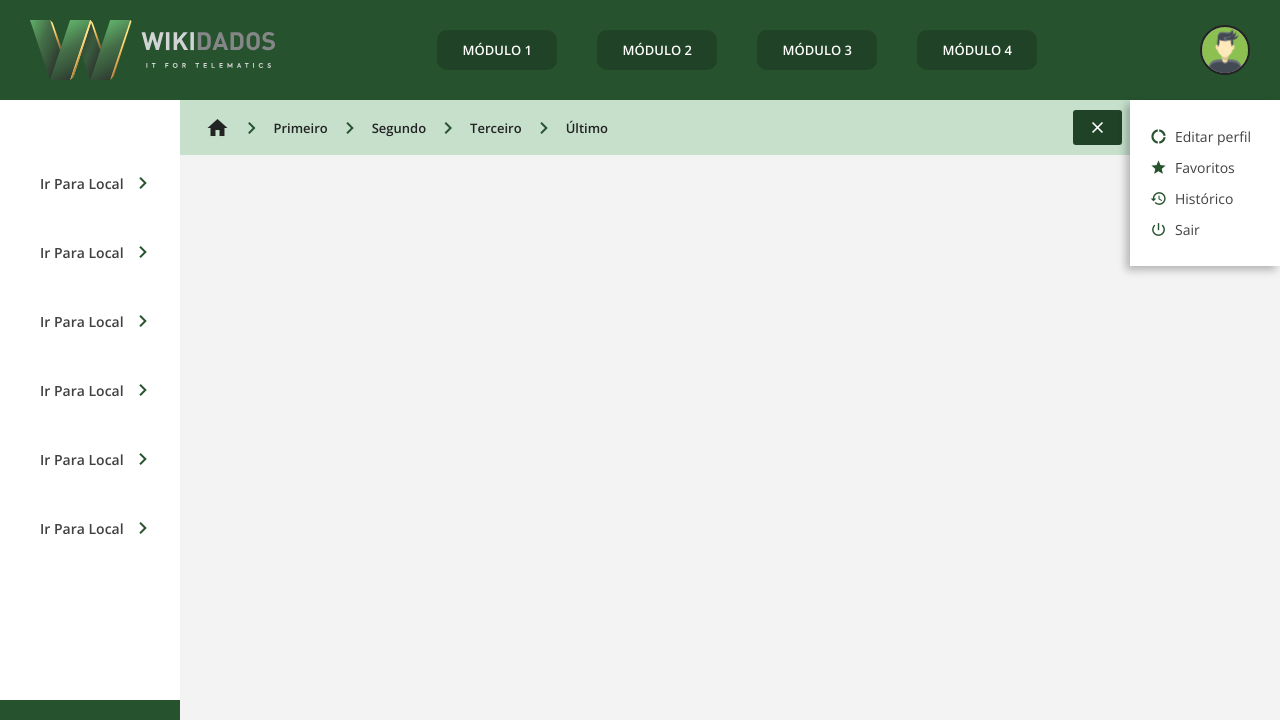
Repository: AlexDjon/alexdjon.github.io
Page: wiki-relayout/index.html
An editor plug-in stored every save of this project. The page is shown before and after a run of saves, followed by the edit.
The browser window is 1280 px wide. The pictures show the whole page.
After loading, the first visible `button.user` was clicked once.

Above is the page before, as saved 2020-08-12 16:01:15.

After the next 3 saves:
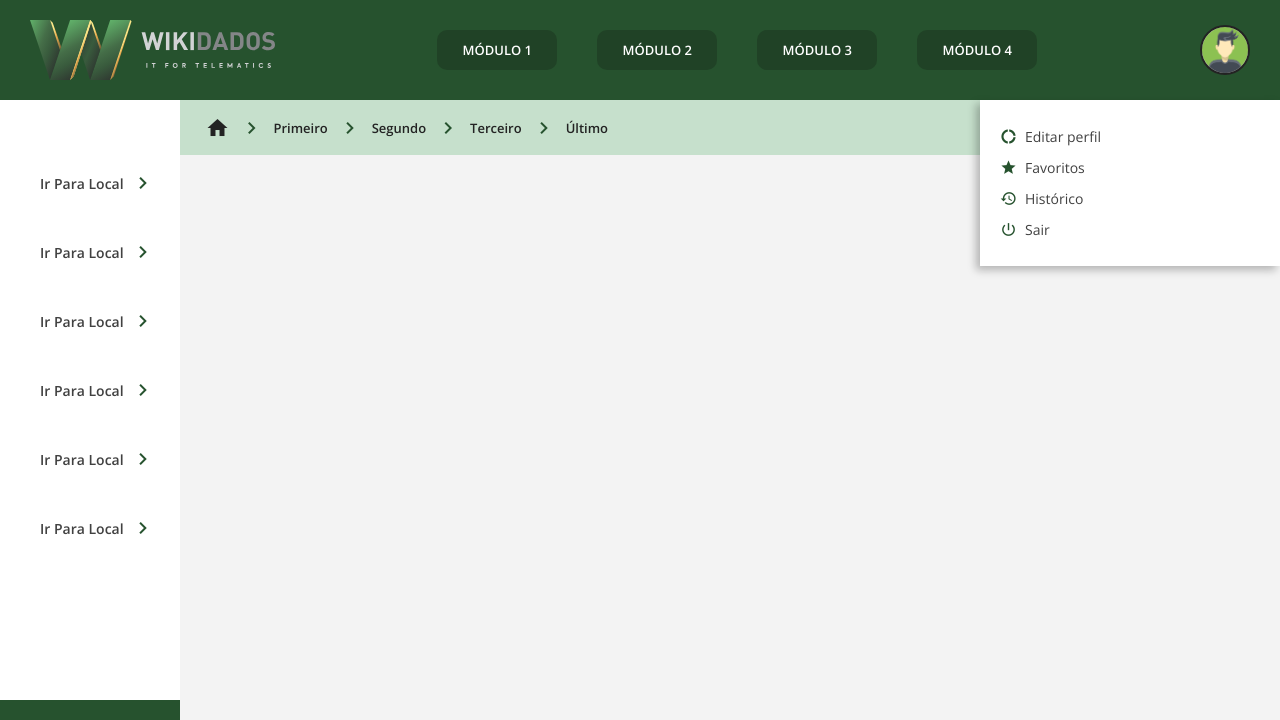
The 3 saves are shown as one change because they came seconds apart.
The last was saved 43 s later.
--- a/wiki-relayout/css/styles.css
+++ b/wiki-relayout/css/styles.css
@@ -74,7 +74,7 @@ body {
 /* AREAS */
 .areas {
   display: none;
-  min-width: 150px;
+  min-width: 300px;
   position: absolute;
   top: 100px;
   right: 0;
